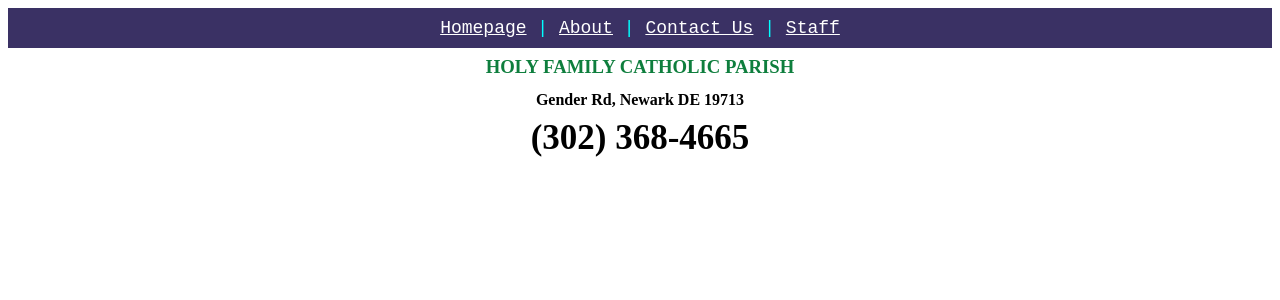
Repository: ficotims/HTML-RESTART
Page: Homepage.html
An editor plug-in stored every save of this project. The page is shown before and after the next save, followed by the edit.
The browser window is 1280 px wide. The pictures show the whole page.

Above is the page before, as saved 2026-02-10 22:20:42.

After the next save:
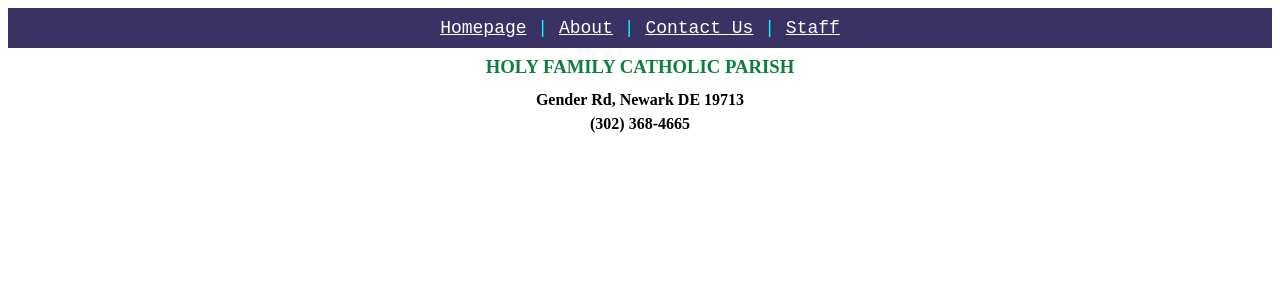
Saved 9 s later.
--- a/Homepage.html
+++ b/Homepage.html
@@ -33,7 +33,7 @@
 
  <div style="text-align: center;">
     <h3><span style="color: rgb(14, 126, 61);"><div style="line-height: 0;">HOLY FAMILY CATHOLIC PARISH</b></span></h3>
-    <H4 span style="line-height: 1.5;">Gender Rd, Newark DE 19713 <br><span style="font-size: 35px;">(302) 368-4665</span>
+    <H4 span style="line-height: 1.5;">Gender Rd, Newark DE 19713 <br><span style="font-size: 25x;">(302) 368-4665</span>
  </div>
 
   </body>
